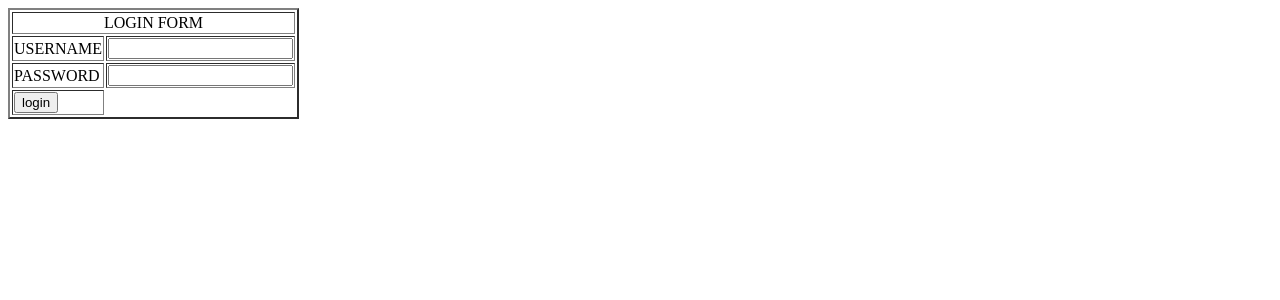
Repository: loky91/MYLABSONLY
Page: J2EE-SERVLET/Lab12_login_with_cookies/WebContent/index.html
These files come from the project's save history. The page is drawn as it stood at one moment and after the next save; the edit follows.
The browser window is 1280 px wide. The pictures show the whole page.

Above is the page before, as saved 2017-07-02 11:00:42.

After the next save:
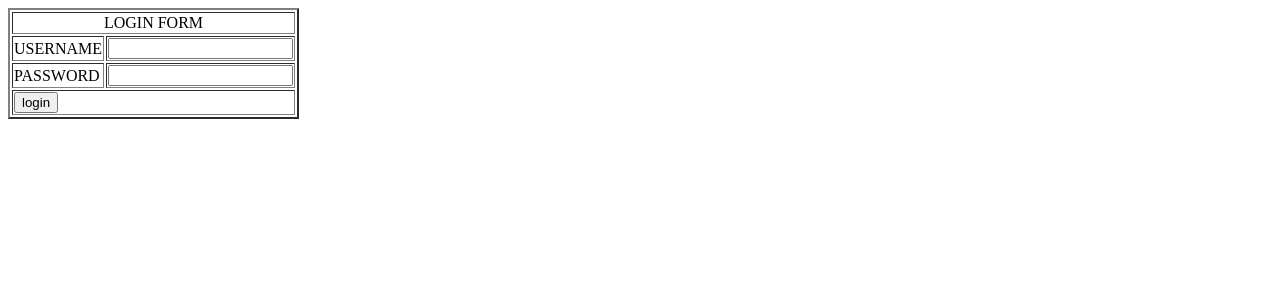
Saved 28 s later.
--- a/J2EE-SERVLET/Lab12_login_with_cookies/WebContent/index.html
+++ b/J2EE-SERVLET/Lab12_login_with_cookies/WebContent/index.html
@@ -18,7 +18,7 @@ LOGIN FORM
 
 <tr><td>USERNAME</td><td> <input type="text" name="uname"/> </td></tr>
 <tr><td>PASSWORD</td><td><input type="password" name="password"></td></tr>
-<tr> <td>  <input type="submit" value="login"> </td> </tr>
+<tr> <td colspan="2">  <input type="submit" value="login"> </td> </tr>
 
 
 </table>
